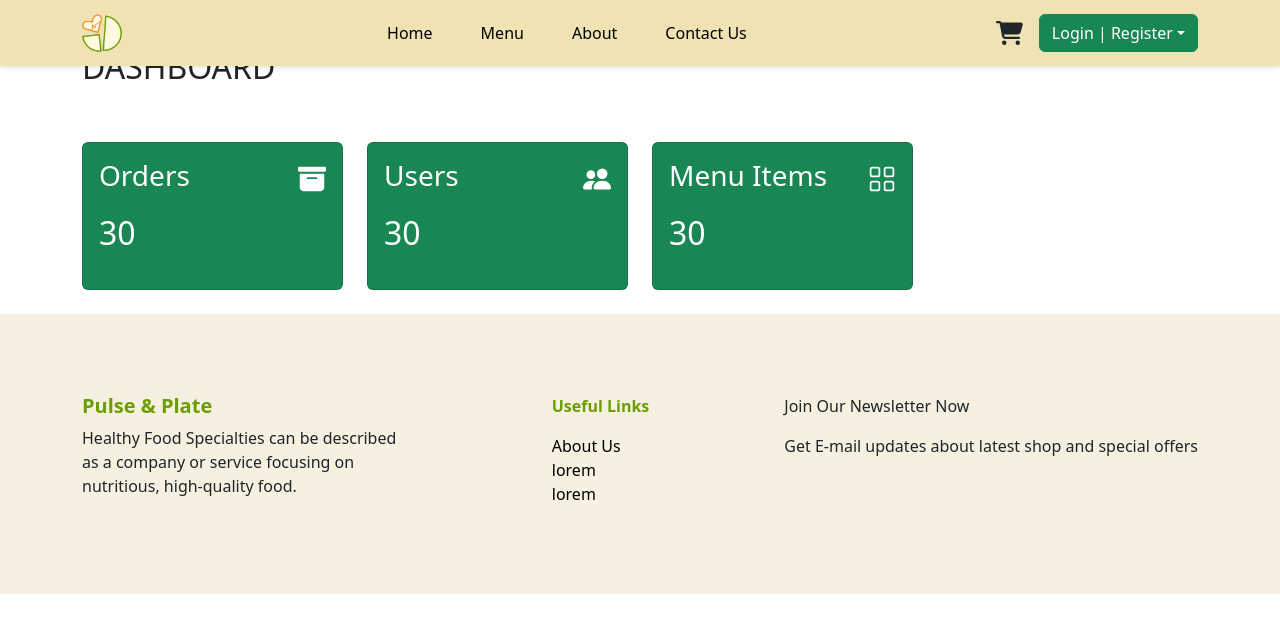
Repository: zeinawady/Pulse-and-Plate
Page: /dashboard
An editor plug-in stored every save of this project. The page is shown before and after a run of saves, followed by the edit.
The browser window is 1280 px wide. The pictures show the whole page.
The project was rebuilt for these pictures with package versions that can differ from the ones it lists, and the page was loaded fresh each time. Also part of the build but not shown: src/components/Main/Main.css, src/components/Main/Main.js, src/components/Menu/MealCard.css, src/components/Menu/MealCard.js, src/components/Menu/Categories.css, src/components/Menu/Categories.js, src/components/Menu/Menu.css, src/components/Menu/Menu.js and 21 more.

Above is the page before, as saved 2025-05-15 19:00:09.

### public/index.html
<!DOCTYPE html>
<html lang="en">
  <head>
    <meta charset="utf-8" />
    <link rel="icon" href="%PUBLIC_URL%/images/logo-trans.png" />
    <meta name="viewport" content="width=device-width, initial-scale=1" />
    <meta name="theme-color" content="#000000" />
    <meta
      name="description"
      content="Web site created using create-react-app"
    />
    <link rel="apple-touch-icon" href="%PUBLIC_URL%/images/logo-trans.png" />
    <!--
      manifest.json provides metadata used when your web app is installed on a
      user's mobile device or desktop. See https://developers.google.com/web/fundamentals/web-app-manifest/
    -->
    <link rel="manifest" href="%PUBLIC_URL%/manifest.json" />
    <!--
      Notice the use of %PUBLIC_URL% in the tags above.
      It will be replaced with the URL of the `public` folder during the build.
      Only files inside the `public` folder can be referenced from the HTML.

      Unlike "/favicon.ico" or "favicon.ico", "%PUBLIC_URL%/favicon.ico" will
      work correctly both with client-side routing and a non-root public URL.
      Learn how to configure a non-root public URL by running `npm run build`.
    -->
    <title>Pulse And Plate</title>
  </head>
  <body>
    <noscript>You need to enable JavaScript to run this app.</noscript>
    <div id="root"></div>
    <!--
      This HTML file is a template.
      If you open it directly in the browser, you will see an empty page.

      You can add webfonts, meta tags, or analytics to this file.
      The build step will place the bundled scripts into the <body> tag.

      To begin the development, run `npm start` or `yarn start`.
      To create a production bundle, use `npm run build` or `yarn build`.
    -->
  </body>
</html>

### src/index.js
import React from 'react';
import ReactDOM from 'react-dom/client';
import './index.css';
import App from './App';
import reportWebVitals from './reportWebVitals';
import 'bootstrap/dist/css/bootstrap.min.css';
import '@fortawesome/fontawesome-free/css/all.min.css';
import 'bootstrap/dist/css/bootstrap.min.css';
import './fontAwesome';
import { BrowserRouter } from 'react-router-dom';

const root = ReactDOM.createRoot(document.getElementById('root'));
root.render(
  <React.StrictMode>
    <BrowserRouter>
      <App />
    </BrowserRouter>
  </React.StrictMode>
);

// If you want to start measuring performance in your app, pass a function
// to log results (for example: reportWebVitals(console.log))
// or send to an analytics endpoint. Learn more: https://bit.ly/CRA-vitals
reportWebVitals();

### src/App.js
import React from "react";
import "./App.css";
import Home from "./components/Home/Home";
import Footer from "./components/Footer/Footer";
import { Routes, Route } from "react-router-dom";

import Header from "./components/Header/Header";
import About from "./components/About/About";
import Menu from "./components/Menu/Menu";
import ContactUs from "./components/ContactUs/ContactUs";
import Login from "./components/Login/Login";
import SignUp from "./components/SignUp/SignUp";
import UserProfile from "./components/UserProfile/UserProfile";
import { UserProvider } from "./UserContext";
import ProductInfo from "./components/ProductInfo/ProductInfo";
import PaymentPage from "./components/PaymentPage/PaymentPage";
import AdminProfile from "./components/AdminProfile/AdminProfile";
import Dashboard from "./components/Dashboard/Dashboard";

function App() {
  return (
    <UserProvider>
      <div>
        <Header />
        <Routes>
          <Route path="/" element={<Home />} />
          <Route path="/home" element={<Home />} />
          <Route path="/about" element={<About />} />
          <Route path="/menu" element={<Menu />} />
          <Route path="/category" element={<Menu />} />
          <Route path="/login" element={<Login />} />
          <Route path="/register" element={<SignUp />} />
          <Route path="/userAccount" element={<UserProfile />} />
          <Route path="/contactus" element={<ContactUs />} />
          <Route path="/product-info" element={<ProductInfo />} />
          <Route path="/PaymentPage" element={<PaymentPage />} />
          <Route path="/admin-profile" element={<AdminProfile />} />
          <Route path="/dashboard" element={<Dashboard />} />
        </Routes>

        <Footer />
      </div>
    </UserProvider>
  );
}

export default App;

### src/fontAwesome.js
// src/fontAwesome.js
import { library } from '@fortawesome/fontawesome-svg-core';
import {
    faUser,
    faCartShopping,
    faHome,
    faEnvelope,
    faSearch,
    faConciergeBell,
     faPercent,
     faTruckFast,
     faCarrot,
    // Add any other icons you need here
} from '@fortawesome/free-solid-svg-icons';

// Add icons to the library
library.add(
    faUser,
    faCartShopping,
    faHome,
    faEnvelope,
    faSearch,
    faConciergeBell,
    faPercent,
    faTruckFast,
    faCarrot,

    // Add any other icons you need here
);

### src/App.css
@font-face {
  font-family: "Lato";
  src: url("../public/Fonts/Lato/Lato-Black.ttf") format("truetype");
}

:root {
  --primary-color: #6b9f00;
  --secondary-color: #ef9025;
  --light-color: hsl(47, 66%, 82%);
  --text-color: #000000;
  --font-family: "Lato", sans-serif;
  --sections-padding: 5rem;
}

body {
  margin: 0;
  padding: 0;
  border: none !important;
  outline: none !important;
  font-family: var(--font-family);
  font-weight: 500;
  -webkit-font-smoothing: antialiased;
  -moz-osx-font-smoothing: grayscale;
  background-color: #eee;

}
a{
  text-decoration: none;
}

### src/components/Footer/Footer.js
import "../../App";

import "./Footer.css";
import { Container } from "react-bootstrap";
import Button from "react-bootstrap/Button";
import { FontAwesomeIcon } from "@fortawesome/react-fontawesome";


export default function Footer() {
    return (
        <footer>
            <Container fluid="md">
            <div className="wrapper-footer">
                <div className="info">
                    <h5>Pulse & Plate</h5>
                    <p>Healthy Food Specialties can be described as a company or service focusing on nutritious, high-quality food. </p>
                </div>
                <div className="links">
                    <p >Useful Links</p>
                    <a href="#">About Us</a>
                    <a href="#">lorem</a>
                    <a href="#">lorem</a>
                </div>
                <div>
                    <p>Join Our Newsletter Now </p>
                    <p>Get E-mail updates about latest shop and special offers </p>
                </div>
            </div>
            </Container>
        </footer>
    );
}

### src/components/Header/Header.js
import React from 'react';
import './Header.css';
import '../../App';
import { Link, NavLink, useNavigate } from 'react-router-dom';
import { useUser } from "../../UserContext";

// React Bootstrap
import Container from 'react-bootstrap/Container';
import Nav from 'react-bootstrap/Nav';
import Navbar from 'react-bootstrap/Navbar';
import Dropdown from 'react-bootstrap/Dropdown';

// Font Awesome
import { FontAwesomeIcon } from '@fortawesome/react-fontawesome';
import { faCartShopping } from '@fortawesome/free-solid-svg-icons';

export default function Header() {
    const { user, setUser } = useUser();
    const navigate = useNavigate();

    const handleLogout = () => {
        navigate('/login');
        localStorage.removeItem("user");
        localStorage.removeItem("token");
        setUser(null);
    };

    return (
        <Navbar expand="md" className="fixed-top">
            <Container fluid="md">
                <Navbar.Brand as={Link} to="/home">
                    <img
                        src="/images/logo-trans.png"
                        width="40"
                        height="40"
                        className="d-inline-block align-top"
                        alt="React Bootstrap logo"
                    />
                </Navbar.Brand>

                <Navbar.Toggle aria-controls="basic-navbar-nav" />
                <Navbar.Collapse id="basic-navbar-nav">
                    <Nav className="me-auto ms-auto">
                        <Nav.Link as={NavLink} to="/home">Home</Nav.Link>
                        <Nav.Link as={NavLink} to="/menu">Menu</Nav.Link>
                        <Nav.Link as={NavLink} to="/about">About</Nav.Link>
                        <Nav.Link as={NavLink} to="/contactus">Contact Us</Nav.Link>
                    </Nav>

                    <div className="icons d-flex align-items-center gap-3">
                        <FontAwesomeIcon icon={faCartShopping} size="lg" />

                        <Dropdown align="end">
                            <Dropdown.Toggle variant="success" id="dropdown-user">
                                {user?.name ? user.name.split(" ")[0] : "Login | Register"}
                            </Dropdown.Toggle>

                            <Dropdown.Menu>
                                {user?.name ? (
                                    <>
                                        <Dropdown.Item as={Link} to="/userAccount">Profile</Dropdown.Item>
                                        <Dropdown.Item onClick={handleLogout}>Logout</Dropdown.Item>
                                    </>
                                ) : (
                                    <>
                                        <Dropdown.Item as={Link} to="/login">Login</Dropdown.Item>
                                        <Dropdown.Item as={Link} to="/register">Register</Dropdown.Item>
                                    </>
                                )}
                            </Dropdown.Menu>
                        </Dropdown>
                    </div>
                </Navbar.Collapse>
            </Container>
        </Navbar>
    );
}

### src/UserContext.jsx
import { createContext, useContext, useState } from 'react';

const UserContext = createContext();

export function UserProvider({ children }) {
  const [user, setUser] = useState(() => {
    const stored = localStorage.getItem('user');
    return stored ? JSON.parse(stored) : null;
  });

  const updateUser = (updatedUser) => {
    localStorage.setItem('user', JSON.stringify(updatedUser));
    setUser(updatedUser);
  };

  return (
    <UserContext.Provider value={{ user, setUser: updateUser }}>
      {children}
    </UserContext.Provider>
  );
}

export function useUser() {
    return useContext(UserContext);
}

### src/components/Dashboard/Dashboard.js
import React from "react";
import "../../App";
import "./Dashboard.css";
import { BsFillArchiveFill ,BsPeopleFill , BsGrid} from "react-icons/bs";
export default function Dashboard() {
  return (
    <div className="main-container container">
      <h2 className="py-5">DASHBOARD</h2>

      <div className="row mb-4 ">
        <div className="col-md-3 col-sm-6">
          <div className="card text-white bg-success h-100">
            <div className="card-body">
              <div className="card-inner">
                <div className="card-title d-flex justify-content-between">
                  <h3>Orders</h3>
                  <h3 className="card_icon ">
                    <BsFillArchiveFill />
                  </h3>
                </div>
                <p className="fs-2">30</p>
              </div>
            </div>
          </div>
        </div>

        <div className="col-md-3 col-sm-6">
          <div className="card text-white bg-success h-100">
            <div className="card-body">
              <div className="card-inner">
                <div className="card-title d-flex justify-content-between">
                  <h3>Users</h3>
                  <h3 className="card_icon ">
                    <BsPeopleFill />
                  </h3>
                </div>
                <p className="fs-2">30</p>
              </div>
            </div>
          </div>
        </div>

        <div className="col-md-3 col-sm-6">
          <div className="card text-white bg-success h-100">
            <div className="card-body">
              <div className="card-inner">
                <div className="card-title d-flex justify-content-between">
                  <h3>Menu Items</h3>
                  <h3 className="card_icon ">
                    <BsGrid />
                  </h3>
                </div>
                <p className="fs-2">30</p>
              </div>
            </div>
          </div>
        </div>
      </div>
    </div>
  );
}

### src/components/Footer/Footer.css
footer{
    background-color: hsla(47, 53%, 90%, 0.822);
    padding-block-start: var(--sections-padding);
    padding-block-end: var(--sections-padding);
}
.wrapper-footer{
    display: flex;
    justify-content: space-between;

}
.wrapper-footer .info{
  width: 30%;

}
.wrapper-footer .info h5{
    color: var(--primary-color);
    font-weight: 700;
}
.links>p:first-child{
font-weight: 700;
color: var(--primary-color);

}
.links{
    display: flex;
    flex-direction: column;
}
.links a{
    text-decoration: none;
    color: var(--text-color);
}
@media (max-width: 767px) {
    .wrapper-footer{
       flex-direction: column;
    }
    .wrapper-footer .info{
        width: 100%;
      }

}

### src/components/Header/Header.css
.navbar {
    box-shadow: 0 2px 4px rgba(0, 0, 0, 0.1);
    /* background-color: rgba(254, 250, 225, 0.3);
     */
     background-color: var(--light-color);
     z-index: 100;
}

.navbar-nav .nav-link,
.dropdown-menu .dropdown-item {
    color: var(--text-color);
}


/* * --> all children */
.navbar .nav-link {
    padding: 0 1.5rem !important;
    text-align: center;
}

@media (max-width: 767px) {
    .navbar .nav-link {
        padding: 0.5rem 0 !important;
    }

    .icons>svg {
        padding-top: 0.5rem;
        margin: auto;
        font-size: 1.25rem;
    }
}

.icons {
    display: flex;
    gap: 1.5rem;
}

.icons svg {
    font-size: 1.5rem;
}

.navbar-toggler {
    border: none !important;
}

.navbar-toggler:focus {
    box-shadow: none !important;
}

@media (max-width: 767px) {

    /* .navbar .dropdown-menu {
                position: absolute !important;
                top: 80% !important;
                left: 35% !important;
                background-color: var(--light-color);
                right: 0;
                width: 100%;
                z-index: 1050;
            } */
    .navbar-nav {
        .dropdown-menu {
            width: 50%;
            margin: auto;
            text-align: center;
        }

        /* .dropdown-menu[data-bs-popper] {
            top: 100%;
            left: 50%;
            transform: translateX(-50%);
        } */

        /* .nav-item,
        .nav-link {
            text-align: center;
        } */
    }
}

@media (max-width: 441px) {
    .navbar-nav {
        .dropdown-menu {
            width: 35%;
        }
    }
}

### src/components/PaymentPage/PaymentPage.css
:root {
    --primary-color: #6b9f00;
    --secondary-color: #ef9025;
    --light-color: #efe2b3;
    --secondary-light-color: #FDFAE0;
    --text-color: #000000;
    --font-family: "Lato", sans-serif;
    --sections-padding: 5rem;
    --section-margin: 60px;
    /* This variable can be used or adjusted for header height */
}

body {
    margin: 0;
    padding: 0;
    border: none !important;
    outline: none !important;
    font-family: var(--font-family);
    font-weight: 500;
    -webkit-font-smoothing: antialiased;
    -moz-osx-font-smoothing: grayscale;
    background-color: #eee;
    color: var(--text-color);
}

.payment-page a {
    text-decoration: none;
    color: var(--primary-color);
}


/* Main container */
.payment-page.container {
    max-width: 960px;
    margin: 100px;
    padding: var(--sections-padding) 30px;
    background-color: var(--secondary-light-color);
    border-radius: 10px;
    box-shadow: 0 4px 15px rgba(107, 159, 0, 0.3);

}

/* Card style */
.payment-page .card {
    background: var(--light-color);
    border-radius: 12px;
    box-shadow: 0 6px 20px rgba(0, 0, 0, 0.1);
    padding: 30px;
    margin-bottom: 30px;
}

/* Card header */
.payment-page .card-header {
    font-weight: 700;
    font-size: 1.5rem;
    color: var(--primary-color);
    border-bottom: 3px solid var(--secondary-color);
    padding-bottom: 15px;
    margin-bottom: 25px;
}

/* Order Summary Items */
.payment-page .card-body>div.d-flex {
    font-size: 1.1rem;
    justify-content: space-between;
    padding: 8px 0;
    border-bottom: 1px solid var(--secondary-light-color);
}

.payment-page .card-body>hr+div {
    font-weight: 700;
    font-size: 1.25rem;
    color: var(--primary-color);
    padding-top: 10px;
}

/* Form headings */
.payment-page h4,
.payment-page h5 {
    color: var(--primary-color);
    margin-bottom: 20px;
    font-weight: 700;
}

/* Form labels */
.payment-page .form-label {
    font-weight: 600;
    color: var(--text-color);
}

/* Input fields */
.payment-page .form-control {
    border-radius: 8px;
    border: 2px solid var(--primary-color);
    padding: 10px 15px;
    font-family: var(--font-family);
    font-weight: 500;
    font-size: 1rem;
    transition: border-color 0.3s ease;
    color: var(--text-color);
    background-color: #fff;
}

.payment-page .form-control:focus {
    border-color: var(--secondary-color) !important;
    box-shadow: 0 0 8px var(--secondary-color) !important;
    outline: none;
}

/* Validation feedback */
.payment-page .is-invalid {
    border-color: #dc3545 !important;
}

.payment-page .is-invalid:focus {
    box-shadow: 0 0 8px rgba(220, 53, 69, 0.5);
}

.payment-page .invalid-feedback {
    font-size: 0.9rem;
    color: #dc3545;
    margin-top: 6px;
}

/* Radio buttons */
.payment-page .form-check-label {
    font-size: 1rem;
    color: var(--text-color);
}


.payment-page button:hover {
    background-color: var(--secondary-color);
}

/* Submit button - This existing style will override the general button style for submit buttons where properties differ */
.payment-page button[type="submit"] {
    background-color: var(--primary-color);
    /* This is fine, can be more specific if needed */
    border: none;
    color: white;
    font-weight: 700;
    /* Specific to submit */
    padding: 14px 32px;
    /* Specific to submit */
    border-radius: 8px;
    cursor: pointer;
    font-size: 1.1rem;
    /* Specific to submit */
    transition: background-color 0.3s ease;
    box-shadow: 0 5px 15px rgba(107, 159, 0, 0.2);
    /* Specific to submit */
}

.payment-page button[type="submit"]:hover {
    background-color: var(--secondary-color);
    box-shadow: 0 6px 20px rgba(239, 144, 37, 0.3);
    /* Specific to submit */
}

/* Responsive */
@media (max-width: 768px) {
    .payment-page.container {
        padding: 3rem 15px;
        margin-top: 60px;
        /* Adjusted margin for smaller screens if header is smaller or fixed differently */
    }

        .payment-page .row>div {
        margin-bottom: 25px;
    }
}

Loaded but not shown: src/index.css (common file); src/reportWebVitals.js (common file)

After the next 2 saves:
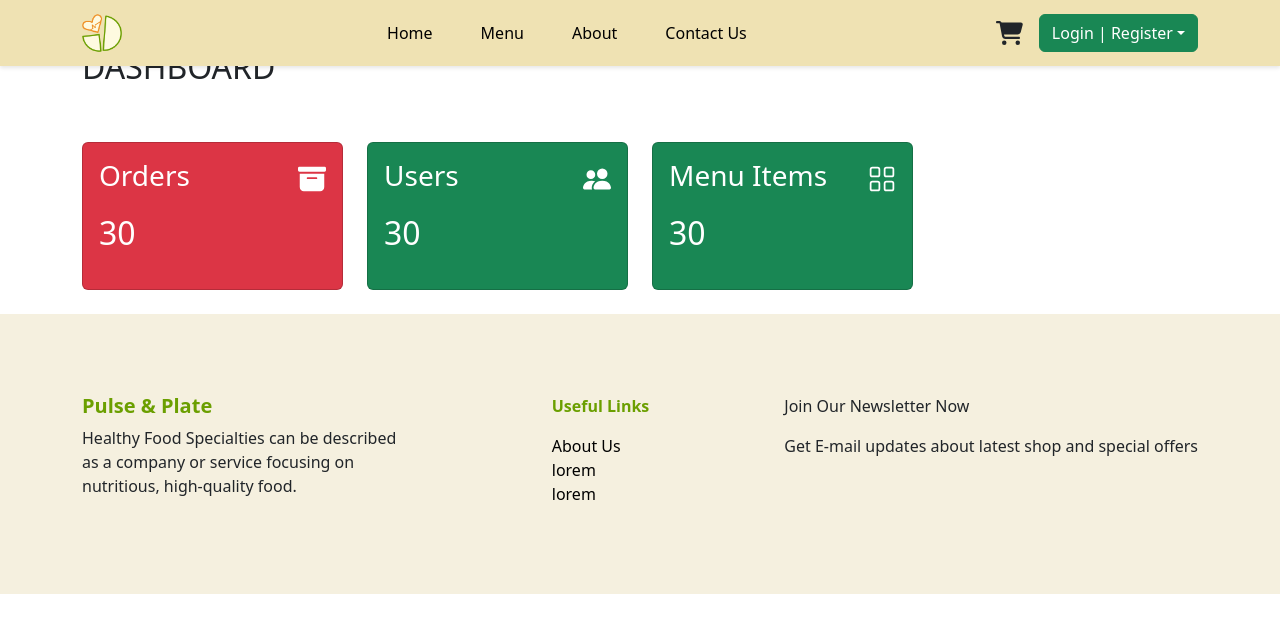
The 2 saves are shown as one change because they came seconds apart.
The last was saved 18 s later.
--- a/src/components/Dashboard/Dashboard.js
+++ b/src/components/Dashboard/Dashboard.js
@@ -9,7 +9,7 @@ export default function Dashboard() {
 
       <div className="row mb-4 ">
         <div className="col-md-3 col-sm-6">
-          <div className="card text-white bg-success h-100">
+          <div className="card text-white bg-danger h-100">
             <div className="card-body">
               <div className="card-inner">
                 <div className="card-title d-flex justify-content-between">
